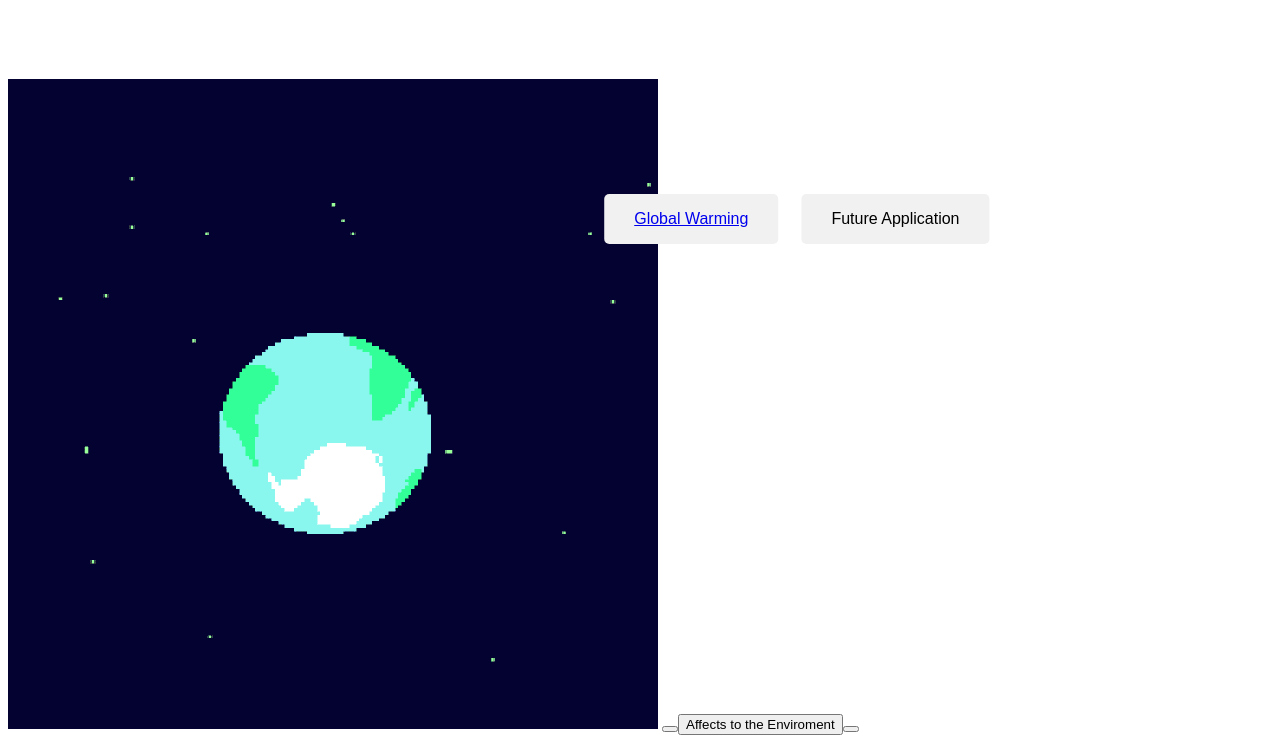
Repository: Alejandra-Pelayo/Alejandra-Pelayo.github.io
Page: 2.1.4/Example.html
The author's editor kept a record of every edit. The page is drawn from the files as they stood at one moment, then again after the next edit.
The browser window is 1280 px wide. The pictures show the whole page.

Above is the page before.

### 2.1.4/Example.html
<body>

<p><font size="20" color="white">Global Warming</font></p>


<img src="world_gif.gif" />
<link href="example.css" rel="stylesheet" type="text/css">

<button1>
    <a href="global_warming.html">
      <button class="btn"> Global Warming<Button</button>
<button2>
    <a href = "Green_House.html">
      <button class ="btn2"> Future Application <Button/button>
<button3>
    <a href = "animals.html">
      <button class ="btn3"> Affects to the Enviroment <Button/button>

### 2.1.4/example.css

 .world{
   position: fixed;
  top: 5;
  left: 5;

  /* Preserve aspet ratio */
  min-width: 100%;
  min-height: 100%;
}



/*
img{
    position: fixed;
  top: 5;
  left: 5;


  min-width: 100%;
  min-height: 100%;
}
*/
/* Button Code*/
.btn{
  position: absolute;
  top: 20%;
  left:20%;
  transform: translate(200%, 100%);
  -ms-transform: translate(-80%, -80%);
  background-color: #f1f1f1;
  color: black;
  font-size: 16px;
  padding: 16px 30px;
  border: none;
  cursor: pointer;
  border-radius: 5px;
  text-align: center;

}
/*
.btn2{
    position: absolute;
  top: 20%;
  left: 20%;
  transform: translate(40%, 100%);
  -ms-transform: translate(-80%, -80%);
  background-color: #f1f1f1;
  color: black;
  font-size: 16px;
  padding: 16px 30px;
  border: none;
  cursor: pointer;
  border-radius: 5px;
  text-align: center;
}
*/
.btn2{
    position: absolute;
  top: 20%;
  left: 20%;
  transform: translate(290%, 100%);
  -ms-transform: translate(-80%, -80%);
  background-color: #f1f1f1;
  color: black;
  font-size: 16px;
  padding: 16px 30px;
  border: none;
  cursor: pointer;
  border-radius: 5px;
  text-align: center;
}

.avatar{
  vertical-align: middle;
  width: 50px;
  height: 50px;
  border-radius: 50%;
  position: absolute;
  top: 0px;
  right: 0px;
}

### 2.1.4/index.css

 .world{
   position: fixed;
  top: 5;
  left: 5;

  /* Preserve aspet ratio */
  min-width: 100%;
  min-height: 100%;
}

 .avatar{
  vertical-align: middle;
  width: 50px;
  height: 50px;
  border-radius: 50%;
  position: absolute;
  top: 0px;
  right: 0px;
}
/*
.btn{
  position: absolute;
  top: 20%;
  left:20%;
  transform: translate(200%, 100%);
  -ms-transform: translate(-80%, -80%);
  background-color: #f1f1f1;
  color: black;
  font-size: 16px;
  padding: 16px 30px;
  border: none;
  cursor: pointer;
  border-radius: 5px;
  text-align: center;

}
*/


.btn{
  position: absolute;
  top: 20%;
  left:20%;
  transform: translate(200%, 100%);
  -ms-transform: translate(-80%, -80%);
  background-color: #f1f1f1;
  color: black;
  font-size: 16px;
  padding: 16px 30px;
  border: none;
  cursor: pointer;
  border-radius: 5px;
  text-align: center;
}

.btn2{
    position: absolute;
  top: 20%;
  left: 20%;
  transform: translate(290%, 100%);
  -ms-transform: translate(-80%, -80%);
  background-color: #f1f1f1;
  color: black;
  font-size: 16px;
  padding: 16px 30px;
  border: none;
  cursor: pointer;
  border-radius: 5px;
  text-align: center;
}

After the next edit:
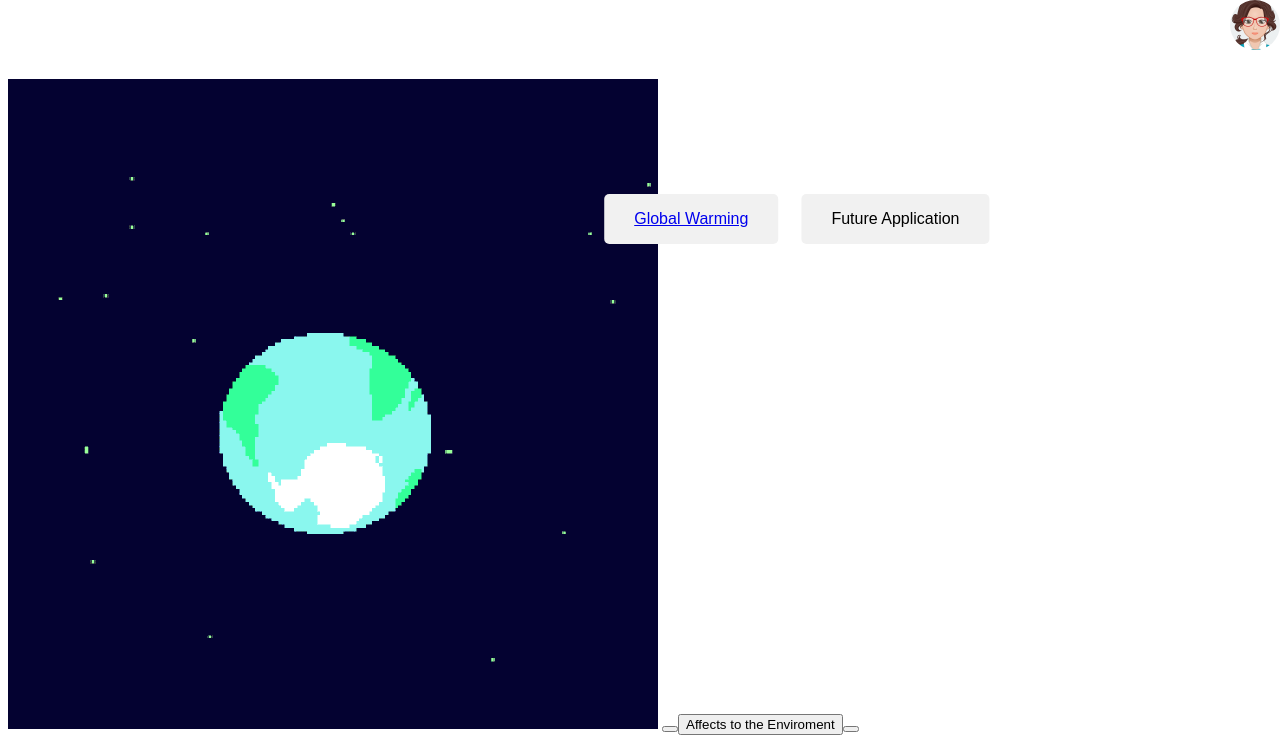
The edit:
--- a/2.1.4/Example.html
+++ b/2.1.4/Example.html
@@ -15,3 +15,7 @@
 <button3>
     <a href = "animals.html">
       <button class ="btn3"> Affects to the Enviroment <Button/button>
+
+
+
+<img src="myAvatar.png" alt="Avatar" class="avatar">

After the edit that followed:
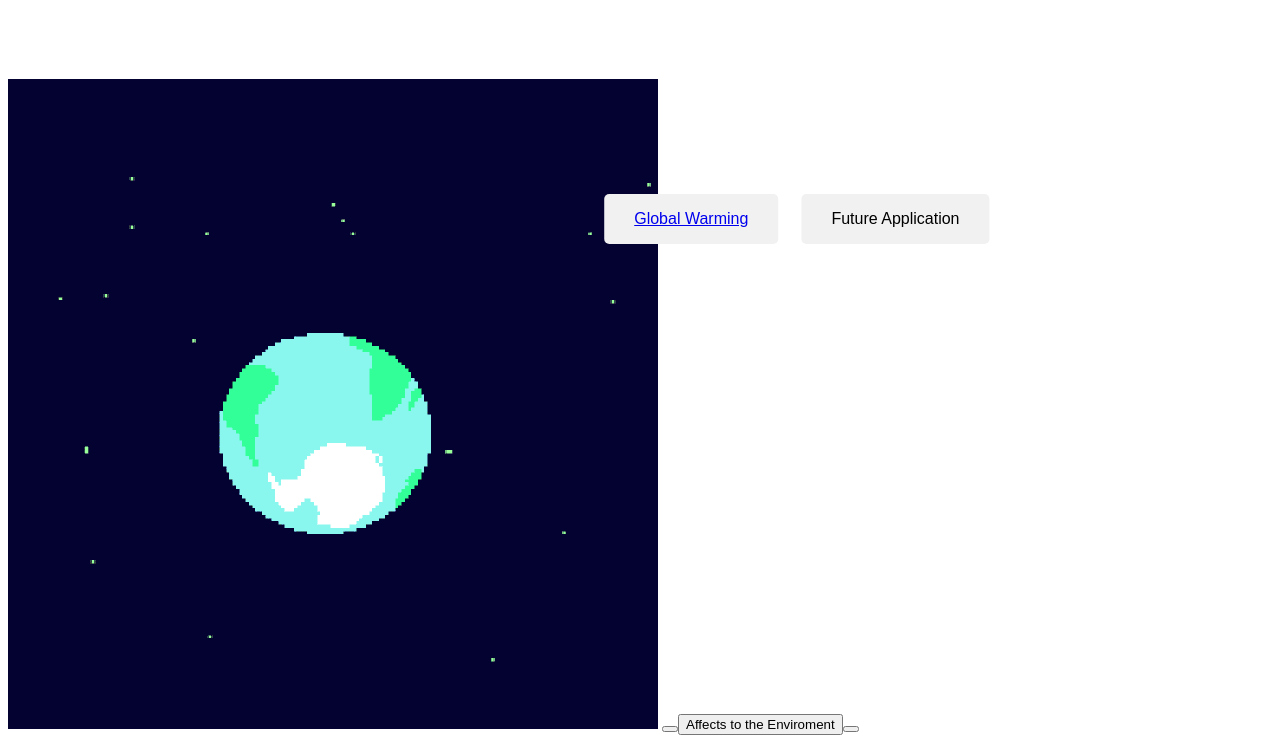
The edit:
--- a/2.1.4/Example.html
+++ b/2.1.4/Example.html
@@ -17,5 +17,5 @@
       <button class ="btn3"> Affects to the Enviroment <Button/button>
 
 
-
-<img src="myAvatar.png" alt="Avatar" class="avatar">
+<link href="index.css" rel="stylesheet" type="text/css">
+<avatar src="myAvatar.png" alt="Avatar" class="avatar">
